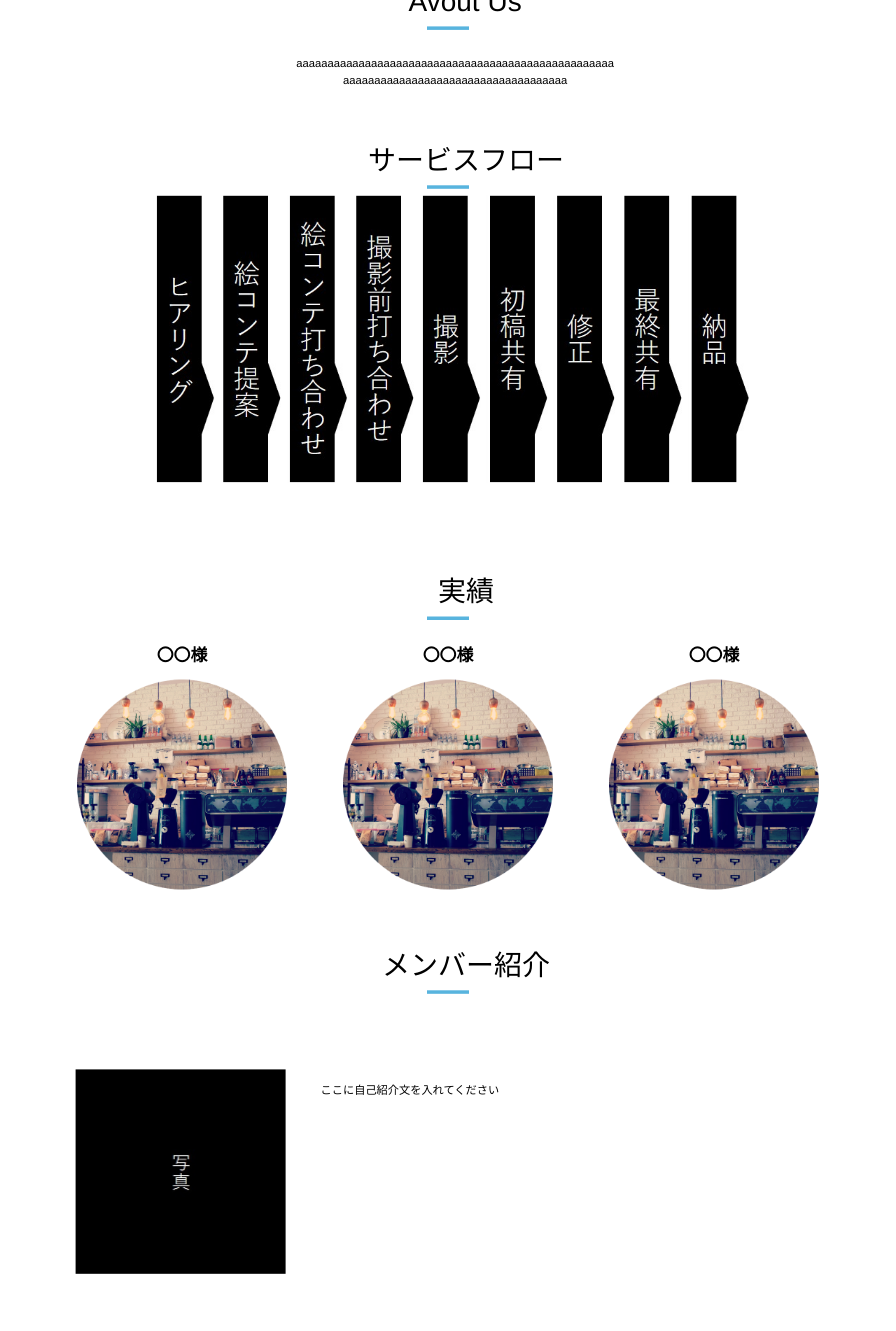
Repository: takumi-kojima0901/js.practice
Page: carkichi/carkichi.html
The author's editor kept a record of every edit. The page is drawn from the files as they stood at one moment, then again after the next edit.
The browser window is 1280 px wide. The pictures show the part of the page from y = 654 to 2574 px (the page is 2556 px tall before and 2574 px after), at 70% of full size.

Above is the page before.

After the next edit:
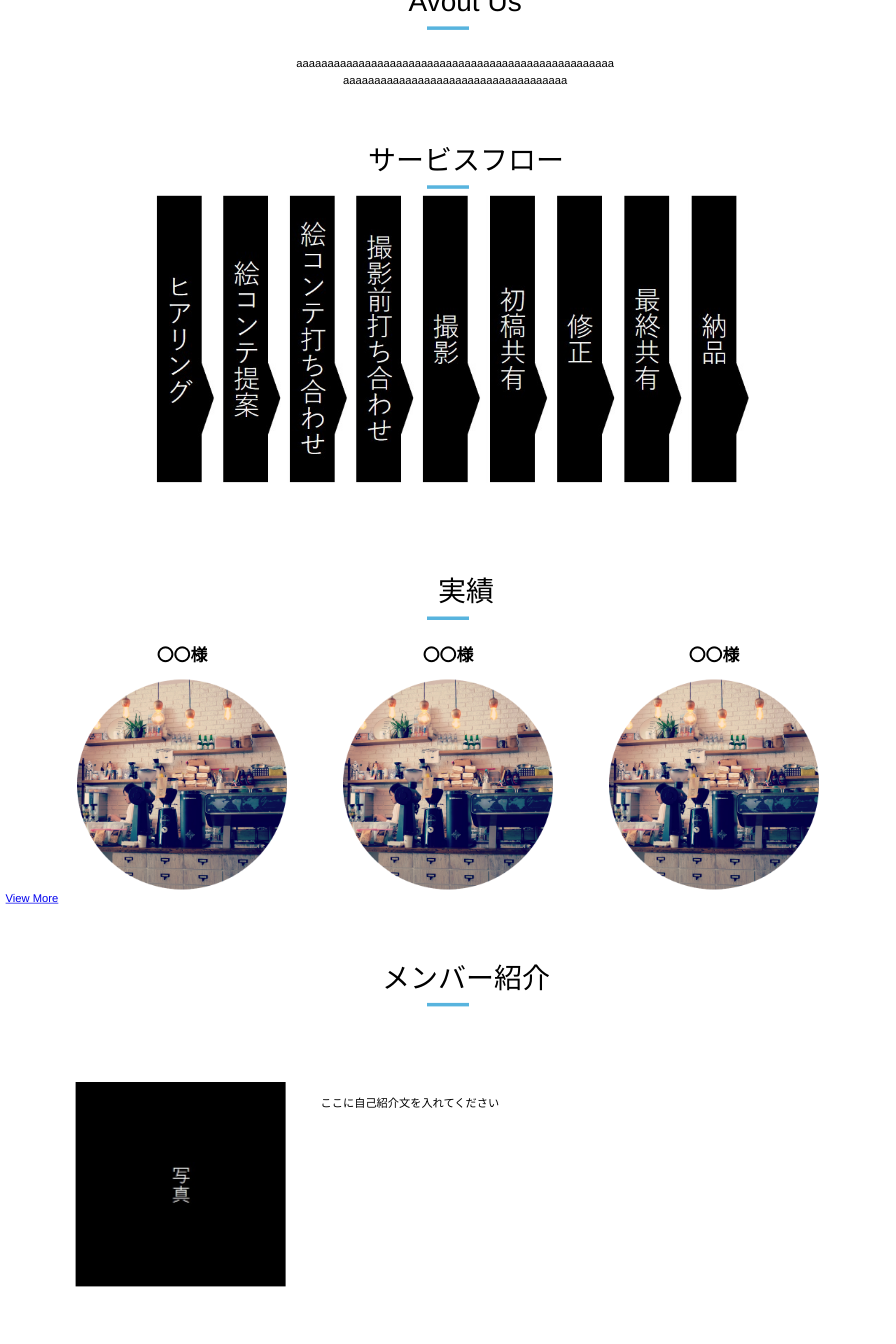
The edit:
--- a/carkichi/carkichi.html
+++ b/carkichi/carkichi.html
@@ -260,8 +260,12 @@
     			</div>
     		</div>
     	<ul>
-
     </div>
+
+    <div class="container">
+    	<a href="#" class="btn-box">View More</a>
+    </div>
+
 　</section>
 <!-- // 実績 -->
 
